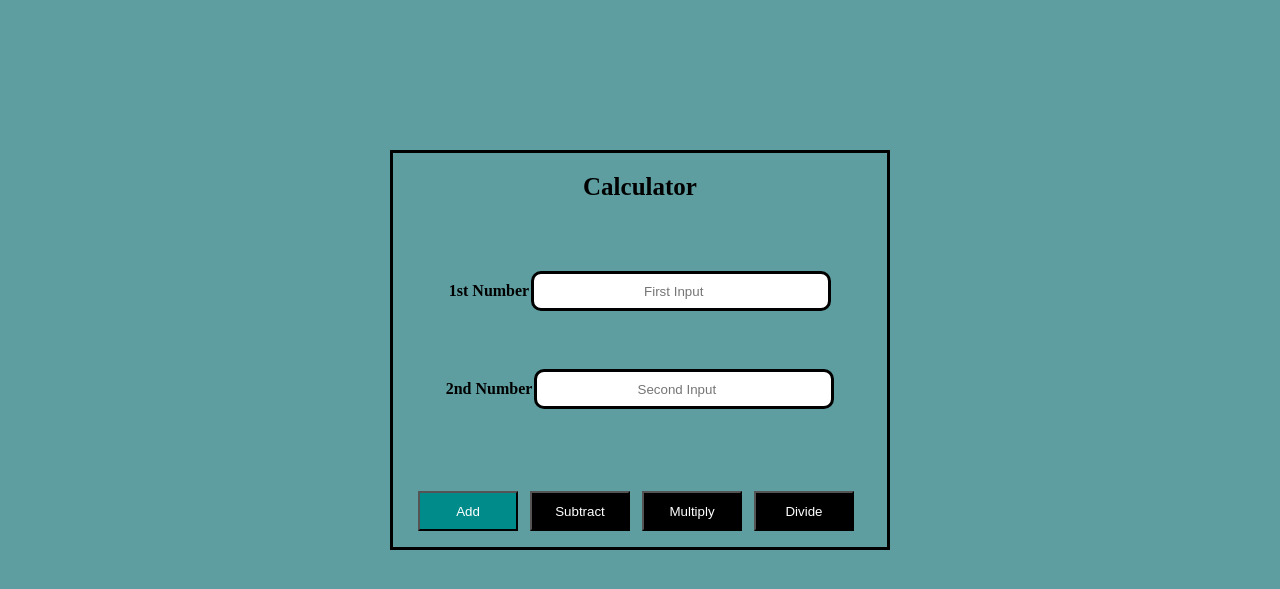
Repository: Shreyash1107/Intern_Projects
Page: Calculator/src/main/webapp/Calculator.html
An editor plug-in stored every save of this project. The page is shown before and after the next save, followed by the edit.
The browser window is 1280 px wide. The pictures show the whole page.
The pointer rests on the first visible `input[type="submit"]`.

Above is the page before, as saved 2024-07-03 11:16:43.

After the next save:
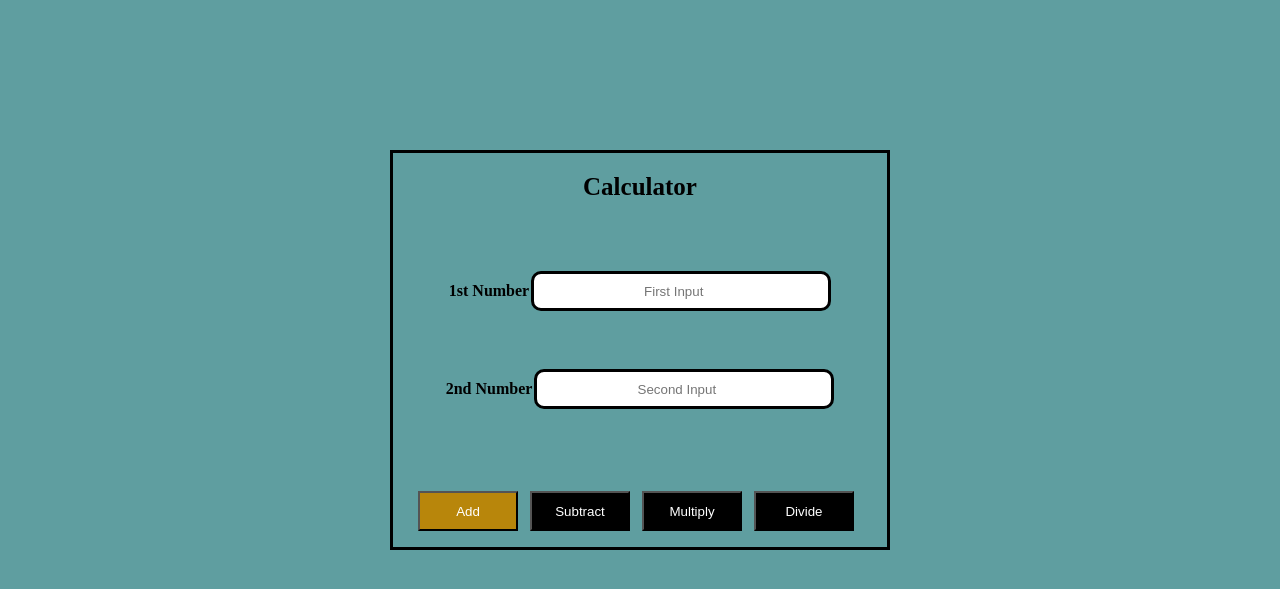
Saved 29 s later.
--- a/Calculator/src/main/webapp/style.css
+++ b/Calculator/src/main/webapp/style.css
@@ -55,7 +55,7 @@ input[type="submit"]
 input[type="submit"]:hover
 {
 	cursor: pointer;
-	background-color:darkcyan;
+	background-color:darkgoldenrod;
 }
 h4:hover
 {
